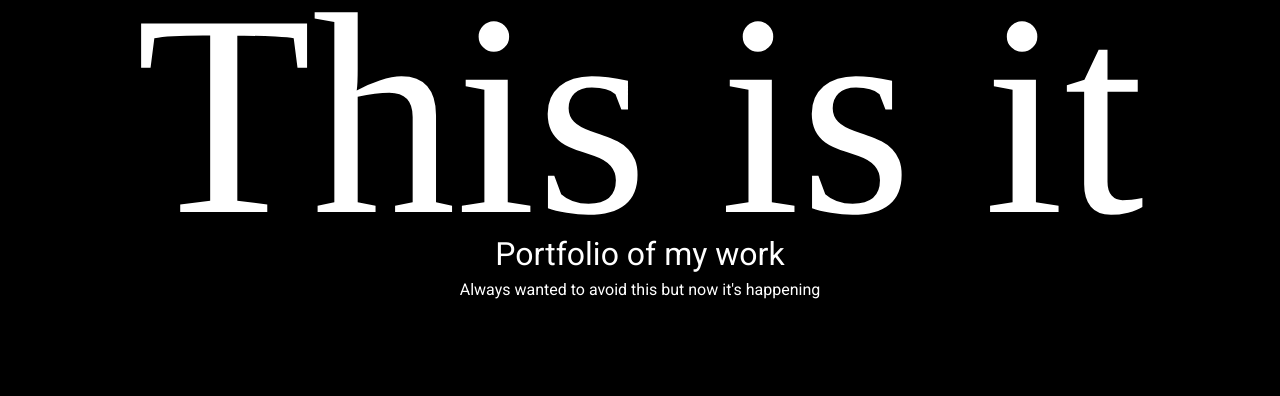
Repository: kathrin-aigner/Portfolio-2022
Page: index.html
The author's editor kept a copy of each file at every save. The page is drawn from the files as they stood at one save, then again after the next save.
The browser window is 1280 px wide. The pictures show the whole page.
Some web fonts or font styles are not loaded; a fallback is used. Some web libraries are served in a nearby version.

Above is the page before, as saved 2022-02-21 17:26:39.

After the next save:
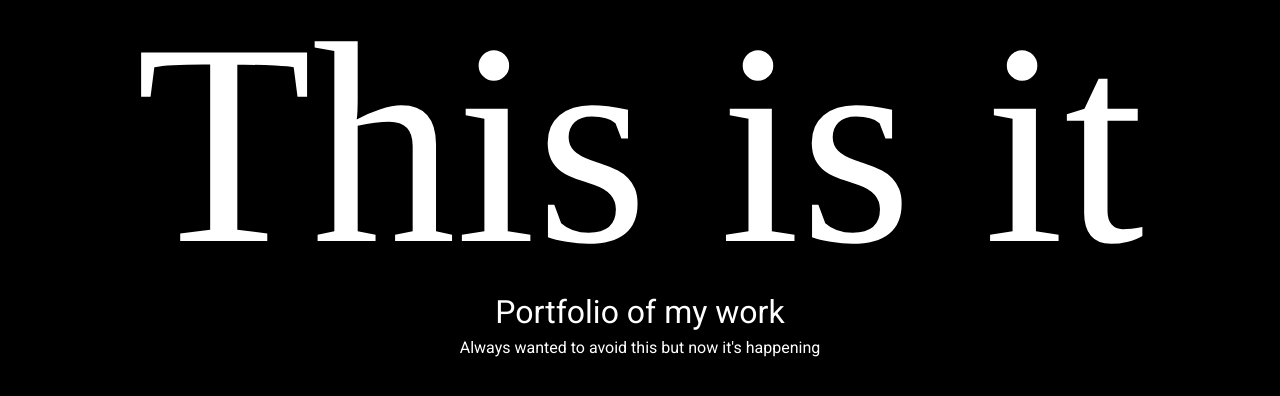
Saved 6 s later.
--- a/css/styles.css
+++ b/css/styles.css
@@ -4,7 +4,7 @@
 
 .header {
   text-align: center;
-  line-height: 0.8em;
+  line-height: 1em;
   font-family: "Dela Gothic One", cursive;
   font-size: 288px;
   color: white;
